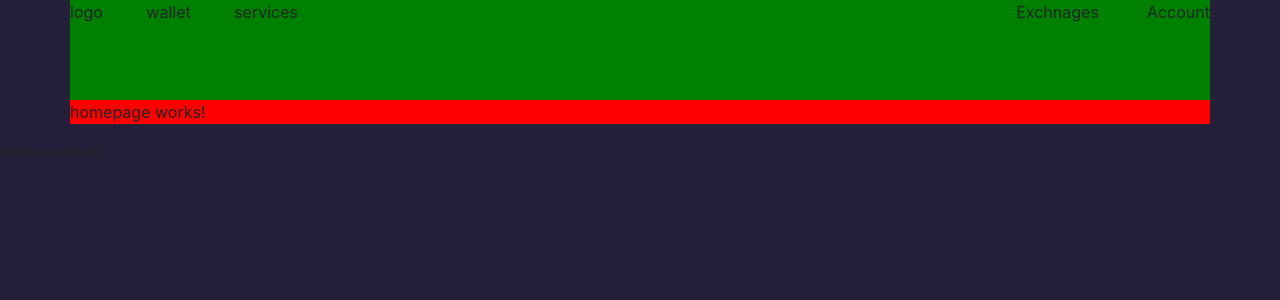
Repository: YuriyBen/Corzbank
Page: / (app in Corzbank.Web/ClientApp/)
These files come from the project's save history. The page is drawn as it stood at one moment and after the next save; the edit follows.
The browser window is 1280 px wide. The pictures show the whole page.
The project was rebuilt for these pictures with package versions that can differ from the ones it lists, and the page was loaded fresh each time. Also part of the build but not shown: Corzbank.Web/ClientApp/angular.json.

Above is the page before, as saved 2022-05-19 18:30:44.

After the next save:
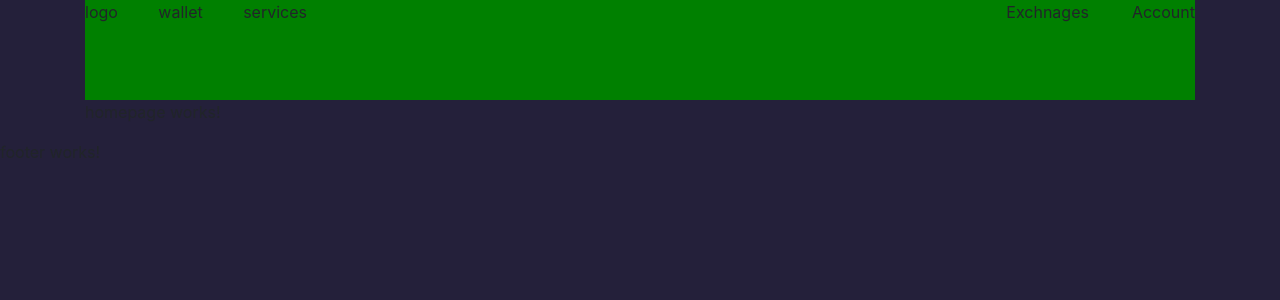
Saved 3 min 38 s later.
--- a/Corzbank.Web/ClientApp/src/styles.css
+++ b/Corzbank.Web/ClientApp/src/styles.css
@@ -17,8 +17,3 @@ code {
 body{
   background-color: #24203A;
 }
-.container{
-  background-color: red;
-  padding: 0;
-  width: 90%;
-}

After the save that followed:
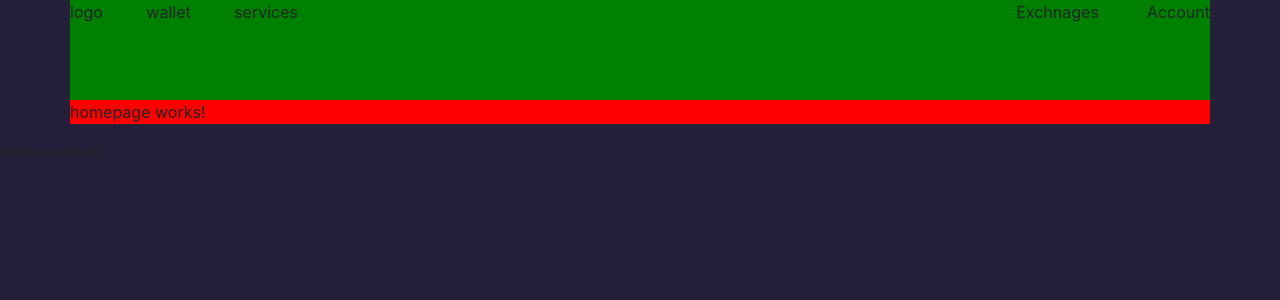
Saved 8 s later.
--- a/Corzbank.Web/ClientApp/src/styles.css
+++ b/Corzbank.Web/ClientApp/src/styles.css
@@ -17,3 +17,8 @@ code {
 body{
   background-color: #24203A;
 }
+.container{
+  background-color: red;
+  padding: 0;
+  width: 90%;
+}
